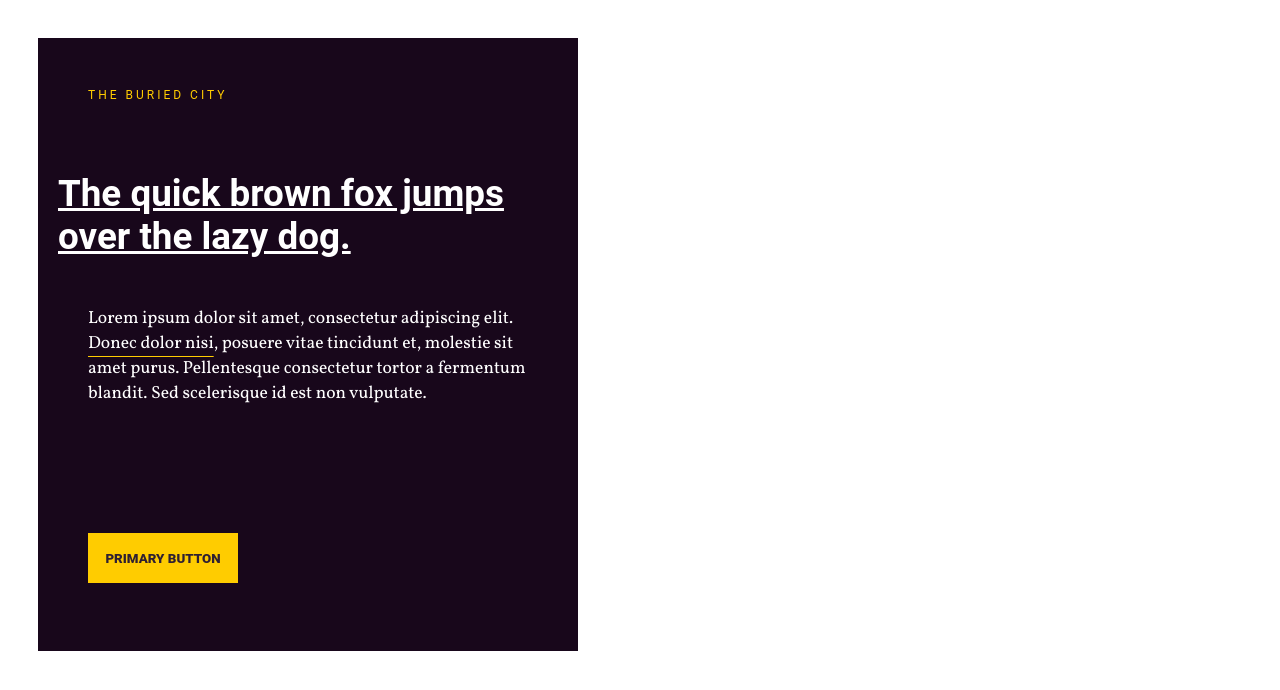
Repository: rafigabriel/TP2---Web-I
Page: ex03-css/index.html
These files come from the project's save history. The page is drawn as it stood at one moment and after a run of saves; the edit follows.
The browser window is 1280 px wide. The pictures show the whole page.

Above is the page before, as saved 2024-09-09 18:08:17.

### ex03-css/index.html
<!DOCTYPE html>
<html lang="pt-br">
    <head>
        <meta charset="UTF-8">
        <meta name="viewport" content="width=device-width, initial-scale=1.0">
        <title>Exercicio 3</title>
        <link rel="stylesheet" href="style.css">
        <link rel="preconnect" href="https://fonts.googleapis.com">
        <link rel="preconnect" href="https://fonts.gstatic.com" crossorigin>
        <link
            href="https://fonts.googleapis.com/css2?family=Roboto+Condensed:ital,wght@0,100..900;1,100..900&display=swap"
            rel="stylesheet">
        <link rel="preconnect" href="https://fonts.googleapis.com">
        <link rel="preconnect" href="https://fonts.gstatic.com" crossorigin>
        <link
            href="https://fonts.googleapis.com/css2?family=Vollkorn:ital,wght@0,400..900;1,400..900&display=swap"
            rel="stylesheet">

    </head>
    <body>
        <div id="container">
            <p id="secao">The buried city</p>
            <h1>The quick brown fox jumps over the lazy dog.</h1>
            <p>Lorem ipsum dolor sit amet, consectetur adipiscing elit. <a
                    id="link"
                    href="#">Donec dolor nisi</a>, posuere vitae tincidunt et,
                molestie sit amet purus. Pellentesque consectetur tortor a
                fermentum
                blandit. Sed scelerisque id est non vulputate.</p>
            <p>
                <button>Primary button</button>
            </p>

        </div>

    </body>
</html>

### ex03-css/style.css
body{
    width: 500px;
    color: #231900;
    padding: 30px;
}

#container{
    background-color: #18071B;
    padding: 20px;
    width: 500px;
}

h1{
    font-size: 2.3em;
    font-family: "Roboto", sans-serif;
    font-style: normal;
    font-weight: 700;
    color: white;
    margin-bottom: 0;
    margin-top: 40px;
    text-decoration: underline;
}
p{
    padding: 30px;
    font-family: "Vollkorn", serif;
    font-weight: 400;
    font-style: normal;
    font-size: 1.1em;
    color: white;
}

#secao{
    font-family: "Roboto", sans-serif;
    font-style: normal;
    font-weight: 400;
    font-size: 0.75em;
    color: #FFCC00;
    letter-spacing: 0.25em;
    margin-top: auto;
    text-transform: uppercase;
}

hr{
    border: 2.5px solid white;
}

#link{
    font-family: "Vollkorn", serif;
    font-weight: 400;
    color: white;
    text-decoration: underline;
    text-decoration-color: #FFCC00;
    text-decoration-thickness:1px ;
    text-underline-offset: 8px;
}

button{
    background-color: #FFCC00;
    color: #2F2032;
    width: 150px;
    height: 50px;
    border: none;
    font-weight: 800;
    margin-top: 50px;
    padding-bottom: 0;
    font-family: "Roboto", sans-serif;
    text-transform: uppercase;
    text-align: center;
}

After the next 2 saves:
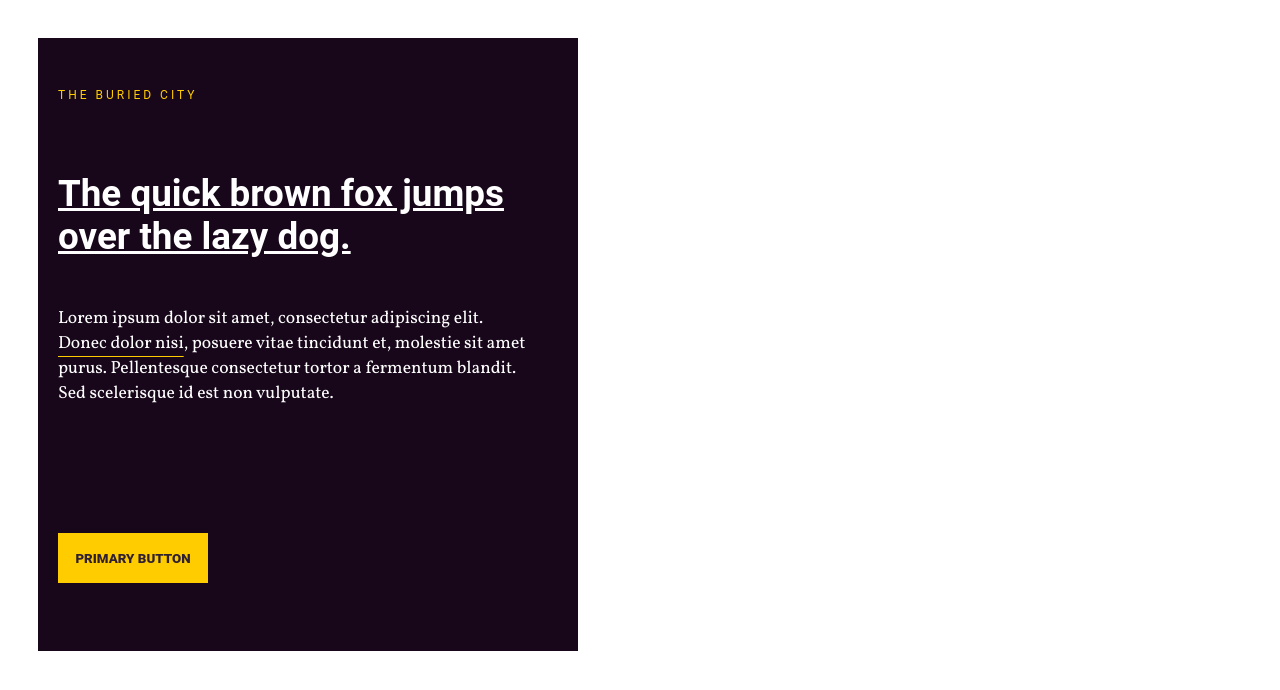
The 2 saves are shown as one change because they came seconds apart.
The last was saved 30 s later.
--- a/ex03-css/style.css
+++ b/ex03-css/style.css
@@ -22,6 +22,7 @@ h1{
 }
 p{
     padding: 30px;
+    padding-left: 0;
     font-family: "Vollkorn", serif;
     font-weight: 400;
     font-style: normal;
